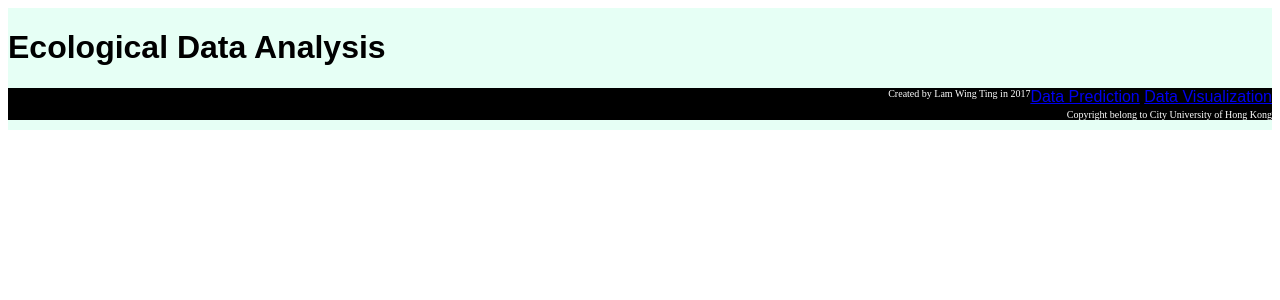
Repository: JenniferLam/FYP
Page: http://localhost/FYP_webapp/prediction/dataPred.html
An editor plug-in stored every save of this project. The page is shown before and after the next save, followed by the edit.
The browser window is 1280 px wide. The pictures show the whole page.
The page is served by Tomcat 9.

Above is the page before, as saved 2018-01-28 22:01:38.

After the next save:
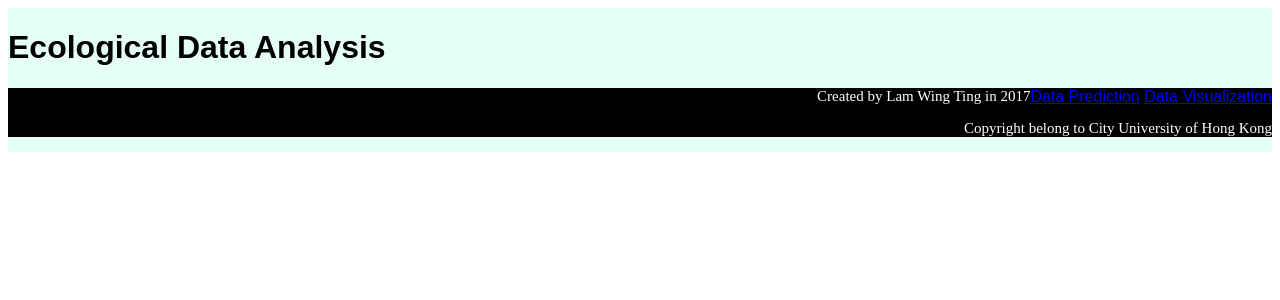
Saved 5 s later.
--- a/WebAppDev/FYP_webapp/WebContent/common.css
+++ b/WebAppDev/FYP_webapp/WebContent/common.css
@@ -17,5 +17,5 @@ body{
 	color: white;
 	text-align:right;
 	font-family:Times New Roman, Times, serif;
-	font-size:10px;
+	font-size:15px;
 }
